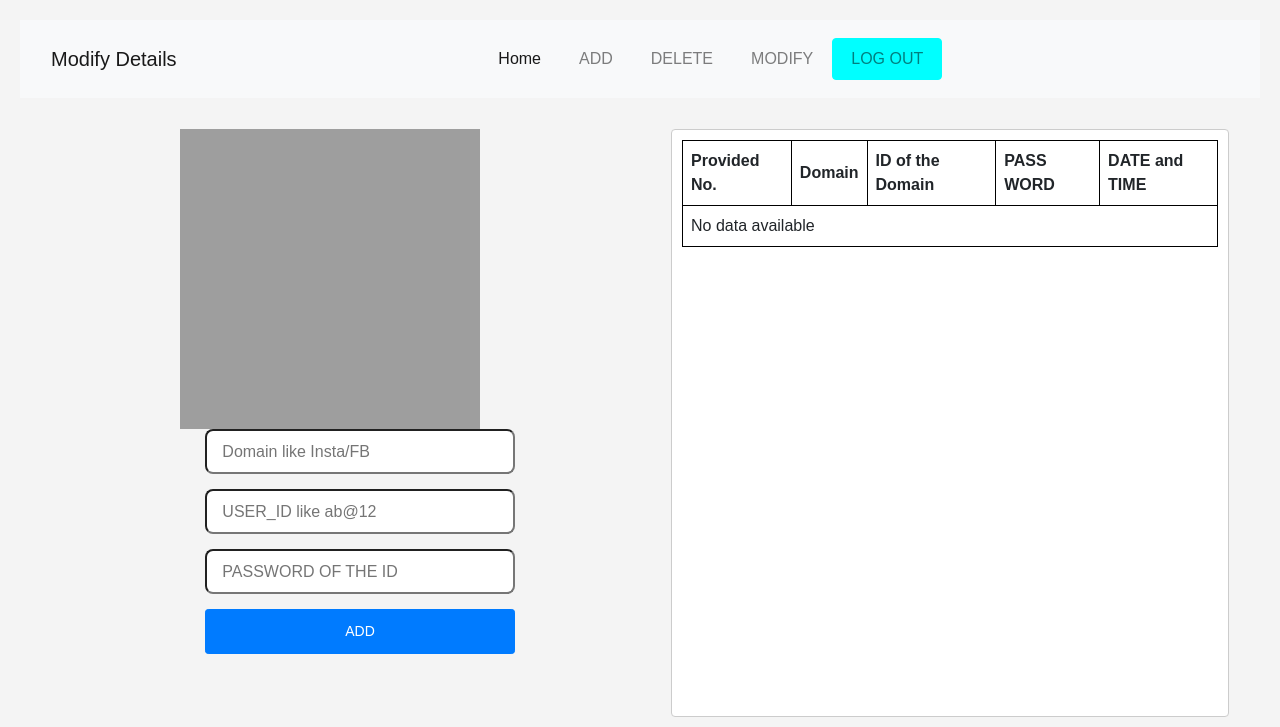
Repository: wizzy-abhishek/Projects
Page: http://localhost/Iam_Doing/Modify.jsp
These files come from the project's save history. The page is drawn as it stood at one moment and after the next save; the edit follows.
The browser window is 1280 px wide. The pictures show the whole page.
Pictures or frames that could not be fetched are drawn as grey boxes. Some web libraries are served in a nearby version. The page is served by Tomcat 10. Nobody is signed in. The application's start-up code is not run.

Above is the page before, as saved 2024-06-28 19:37:59.

After the next save:
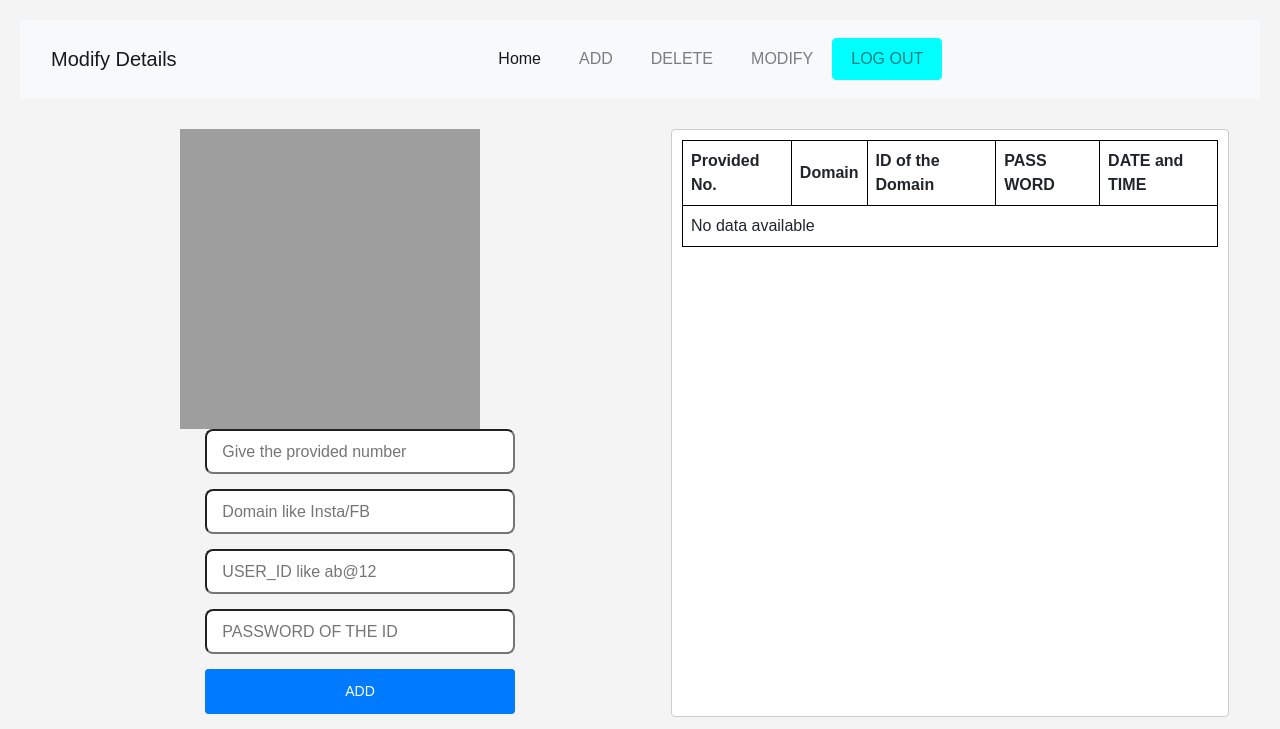
Saved 44 s later.
--- a/Iam_Doing/src/main/webapp/Modify.jsp
+++ b/Iam_Doing/src/main/webapp/Modify.jsp
@@ -59,6 +59,9 @@
 
 
     <form action="Modified" method="post">
+    	<div class="form-group">
+            <input type="text" name="Provided_number" placeholder=" &nbsp Give the provided number " required style="width: 310px; height: 45px; margin: 0 auto;">
+        </div>
         <div class="form-group">
             <input type="text" name="Domain" placeholder=" &nbsp Domain like Insta/FB" required style="width: 310px; height: 45px; margin: 0 auto;">
         </div>
